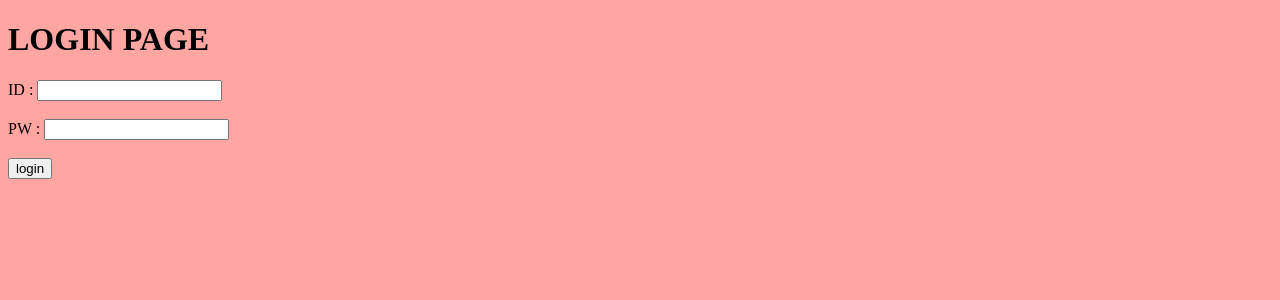
Repository: duatn3004/jsp_20230602
Page: http://localhost/jsp_project/mem/login
The author's editor kept a copy of each file at every save. The page is drawn from the files as they stood at one save, then again after the next save.
The browser window is 1280 px wide. The pictures show the whole page.
The page is served by Tomcat 9.

Above is the page before, as saved 2023-06-01 04:20:08.

After the next save:
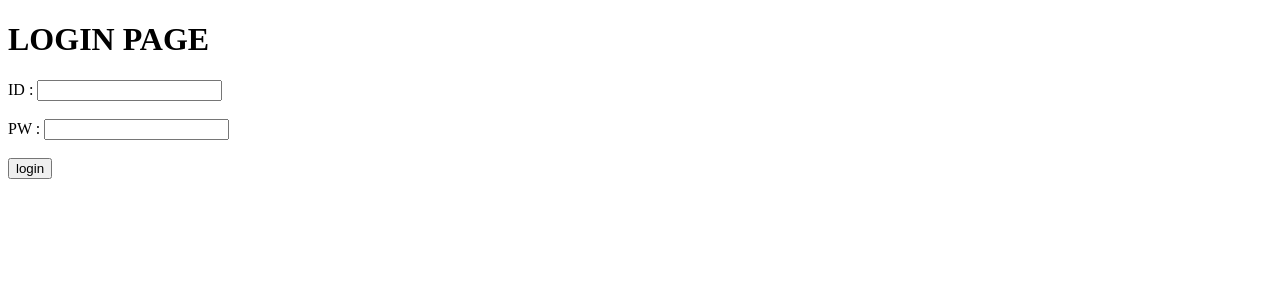
Saved 100 s later.
--- a/jsp_project2/jsp_project/src/main/webapp/member/login.jsp
+++ b/jsp_project2/jsp_project/src/main/webapp/member/login.jsp
@@ -7,9 +7,7 @@
 <title>Insert title here</title>
 </head>
 <style>
-	body {
-	background-color: #FFA6A2;
-}
+
 </style>
 <body>
 	<h1>LOGIN PAGE</h1>

After the save that followed:
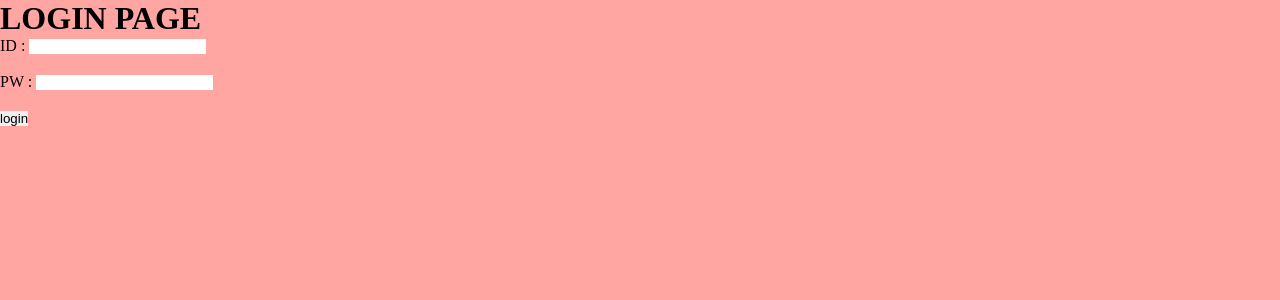
Saved 28 s later.
--- a/jsp_project2/jsp_project/src/main/webapp/member/login.jsp
+++ b/jsp_project2/jsp_project/src/main/webapp/member/login.jsp
@@ -7,7 +7,14 @@
 <title>Insert title here</title>
 </head>
 <style>
-
+	body {
+	background-color: #FFA6A2;
+}
+*{
+    padding: 0;
+    margin: 0;
+    border: none;
+}
 </style>
 <body>
 	<h1>LOGIN PAGE</h1>
